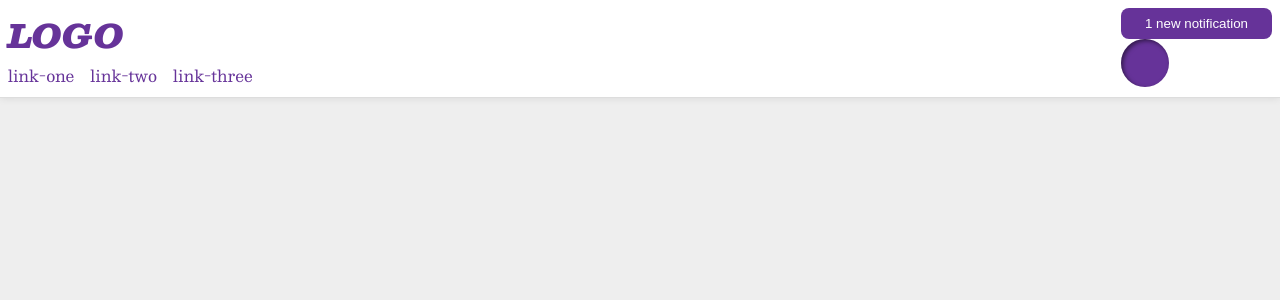
Repository: evemcd/odin_project
Page: 06-odin-css-flex/03-flex-header-2/index.html
The author's editor kept a copy of each file at every save. The page is drawn from the files as they stood at one save, then again after the next save.
The browser window is 1280 px wide. The pictures show the whole page.

Above is the page before, as saved 2022-02-03 09:11:07.

### 06-odin-css-flex/03-flex-header-2/index.html
<!DOCTYPE html>
<html lang="en">

<head>
    <meta charset="UTF-8">
    <meta http-equiv="X-UA-Compatible" content="IE=edge">
    <meta name="viewport" content="width=device-width, initial-scale=1.0">
    <title>Flex Header 2</title>
    <link rel="stylesheet" href="style.css">
</head>

<body>
    <div class="header">
        <div class="left">
            <div class="logo">
                LOGO
            </div>
            <ul class="links">
                <li><a href="google.com">link-one</a></li>
                <li><a href="google.com">link-two</a></li>
                <li><a href="google.com">link-three</a></li>
            </ul>
        </div>
        <div class="right">
            <button class="notifications">
                1 new notification
            </button>
            <div class="profile-image"></div>
        </div>
    </div>
</body>

</html>

### 06-odin-css-flex/03-flex-header-2/style.css
/* this is some magical font-importing.
you'll learn about it later. */
@import url('https://fonts.googleapis.com/css2?family=Besley:ital,wght@0,400;1,900&display=swap');

body {
    margin: 0;
    background: #eee;
    font-family: Besley, serif;
}

.header {
    background: white;
    border-bottom: 1px solid #ddd;
    box-shadow: 0 0 8px rgba(0, 0, 0, .1);
    padding: 8px;
    display: flex;
    justify-content: space-between;
}

.profile-image {
    background: rebeccapurple;
    box-shadow: inset 2px 2px 4px rgba(0, 0, 0, .5);
    border-radius: 50%;
    width: 48px;
    height: 48px;
}

.logo {
    color: rebeccapurple;
    font-size: 32px;
    font-weight: 900;
    font-style: italic;
}

button {
    border: none;
    border-radius: 8px;
    background: rebeccapurple;
    color: white;
    padding: 8px 24px;
}

a {
    /* this removes the line under our links */
    text-decoration: none;
    color: rebeccapurple;
}

ul {
    list-style-type: none;
    display: flex;
    margin: 0;
    padding: 0;
    gap: 16px;
}

After the next save:
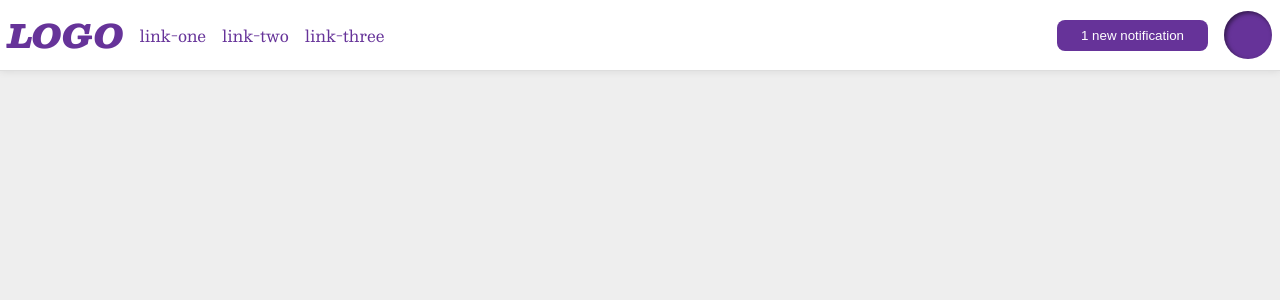
Saved 42 s later.
--- a/06-odin-css-flex/03-flex-header-2/style.css
+++ b/06-odin-css-flex/03-flex-header-2/style.css
@@ -53,3 +53,10 @@ ul {
     padding: 0;
     gap: 16px;
 }
+
+.left,
+.right {
+    display: flex;
+    align-items: center;
+    gap: 16px;
+}
